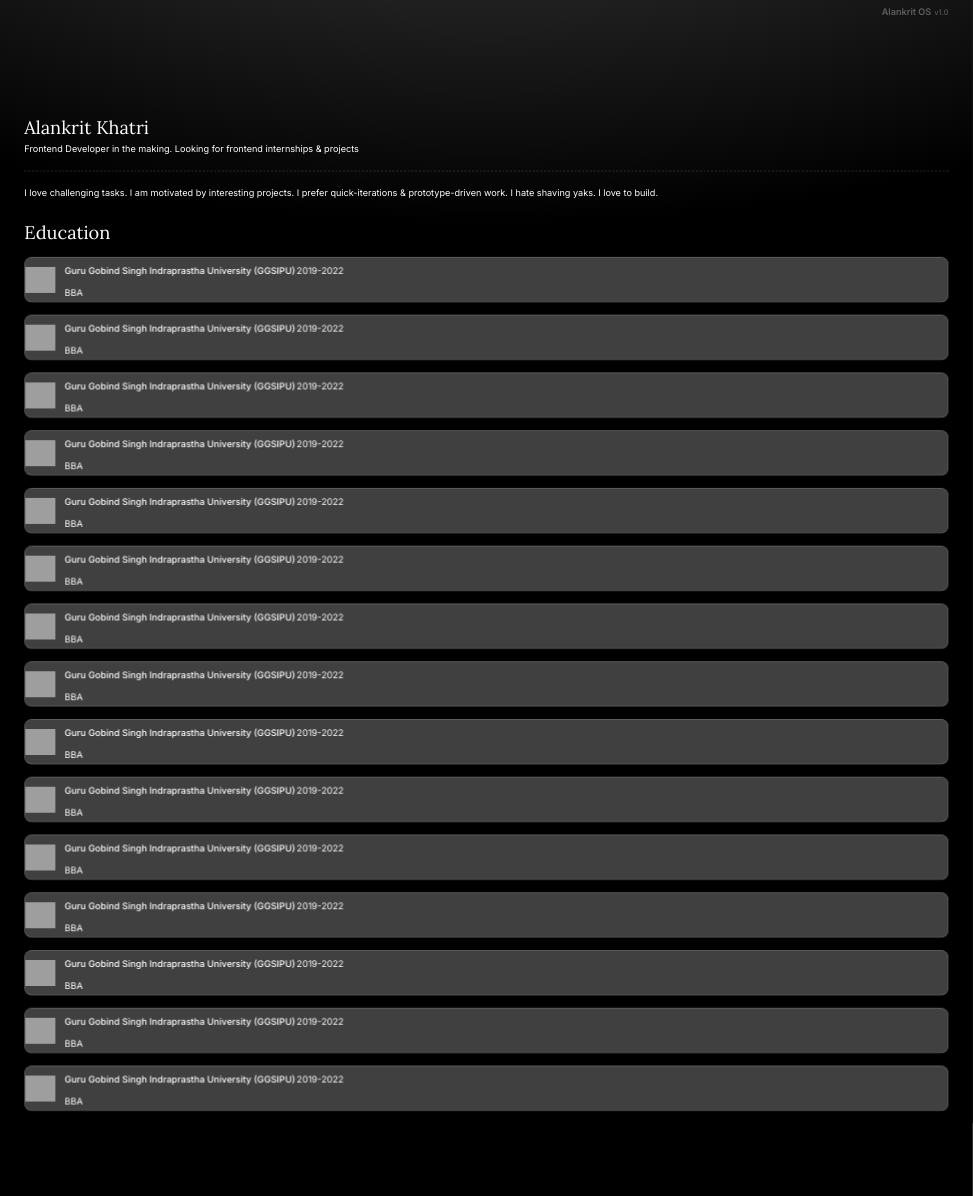
Repository: alankritkhatri/alankrit.xyz
Page: /
The author's editor kept a copy of each file at every save. The page is drawn from the files as they stood at one save, then again after the next save.
The browser window is 1280 px wide. The pictures show the whole page, at 76% of full size.
Pictures or frames that could not be fetched are drawn as grey boxes. The project was rebuilt for these pictures with package versions that can differ from the ones it lists, and the page was loaded fresh each time. Also part of the build but not shown: vite.config.js, src/blog.jsx.

Above is the page before, as saved 2024-08-11 21:13:07.

### index.html
<!DOCTYPE html>
<html lang="en">
  <head>
    <meta charset="UTF-8" />

    <link rel="icon" type="image/svg+xml" href="/vite.svg" />
    <link rel="preconnect" href="https://fonts.googleapis.com" />
    <link rel="preconnect" href="https://fonts.gstatic.com" crossorigin />
    <link
      href="https://fonts.googleapis.com/css2?family=Inter:wght@100..900&display=swap"
      rel="stylesheet"
    />

    <link
      href="https://fonts.googleapis.com/css2?family=Lora:ital,wght@0,400..700;1,400..700&display=swap"
      rel="stylesheet"
    />
    <!-- Linkedin link -->
    <script
      src="https://platform.linkedin.com/badges/js/profile.js"
      async
      defer
      type="text/javascript"
    ></script>
<meta name="viewport" content="width=device-width, initial-scale=1.0">
    <title>AlankritOS</title>
  </head>
  <body>
    <div id="root"></div>
    <script type="module" src="/src/main.jsx"></script>
  </body>
</html>

### src/App.jsx
import "./App.css";
import { BrowserRouter as Router, Routes, Route, Link } from "react-router-dom";
import Blog from "./blog";
import Home from "./pages/Home/Home";
const App = () => {
  return (
    <div className="main">
      <Router>
        <Link to="/">
          <div className="logo">
            <h1>Alankrit OS</h1>
            <span>v1.0</span>
          </div>
        </Link>
        <Routes>
          <Route path="/" element={<Home />} />
          <Route path="blog" element={<Blog />} />
        </Routes>
      </Router>
    </div>
  );
};

export default App;

### src/App.css
* {
  margin: 0px;
  padding: 0px;
  box-sizing: border-box;
  font-family: Inter, Haettenschweiler, "Arial Narrow Bold", sans-serif;
}

body,html{
  min-height: 100vh;
background: radial-gradient(100% 40% at 50% -20%, #404040, #000000)
}
.main {



  h1 {
    line-height: 32px;
  }
  h2 {
    line-height: 24px;
  }
  h3 {
    line-height: 16px;
  }
  p {
    line-height: 24px;
  }
  color: white;

  padding: 0px 32px;
  a {
    text-decoration: none;
  }
  .logo {
    color: rgba(126, 121, 121, 0.726);
    display: flex;
    align-items: center;
    justify-content: flex-end;
    gap: 4px;

    font-family: monospace;
    animation: flicker 2s infinite;
    h1 {
      font-size: 12px;
      font-weight: 600;
    }
    span {
      font-size: 10px;
      font-weight: 400;
    }
  }
}
/* logo flickr animation */
@keyframes flicker {
  0% {
    opacity: 0;
  }
  9% {
    opacity: 0;
  }
  10% {
    opacity: 0.5;
  }
  13% {
    opacity: 0;
  }
  20% {
    opacity: 0.5;
  }
  25% {
    opacity: 1;
  }
}

### src/pages/Home/Home.jsx
import Infosection from "../../components/Info-Section/Infosection.jsx";
import "./Home.css";
import data from "../../alankrit_data/data.json";
const Home = () => {
  return (
    <div className="home">
      <div
        className="badge-base LI-profile-badge"
        data-locale="en_US"
        data-size="medium"
        data-theme="dark"
        data-type="VERTICAL"
        data-vanity="alankrit-khatri"
        data-version="v1"
      >
        {" "}
        </div>

      <div className="about-section">
        <h1 className="name">Alankrit Khatri</h1>
        <p>
          Frontend Developer in the making. Looking for frontend internships &
          projects
        </p>
        <div className="dashed-line"></div>
        <p>
          I love challenging tasks. I am motivated by interesting projects. I
          prefer quick-iterations & prototype-driven work. I hate shaving yaks.
          I love to build.
        </p>
      </div>
      <div className="education-section">
        <h1>Education</h1>
        <Infosection {...data} />
        <Infosection {...data} />
        <Infosection {...data} />
        <Infosection {...data} />
        <Infosection {...data} />
        <Infosection {...data} />
        <Infosection {...data} />
        <Infosection {...data} />
        <Infosection {...data} />
        <Infosection {...data} />
        <Infosection {...data} />
        <Infosection {...data} />
        <Infosection {...data} />
        <Infosection {...data} />
        <Infosection {...data} />



        {console.log(data)}
      </div>
    </div>
  );
};

export default Home;

### src/components/Info-Section/Infosection.jsx
import "./infoSection.css";
const Infosection = (props) => {
  return (
    <>
      <div className="infosection-details">
        <img
          src={props[0].educationDetails.bachelors.logo}
          alt=""
          style={{ width: "40px", height: "35px" }}
        />
        <div className=" infosection-info">
          <div className="infosection-info-top ">
            <h2 style={{ opacity: "1", fontWeight: "500" }}>
              {props[0].educationDetails.bachelors.schoolName}
            </h2>
            <div className="dashed-line"></div>
            <h2> {props[0].educationDetails.bachelors.schoolYears} </h2>
          </div>

          <div className="infosection-info-bottom">
            <h2> {props[0].educationDetails.bachelors.course}</h2>
          </div>
        </div>
      </div>
    </>
  );
};

export default Infosection;

### src/pages/Home/Home.css
.home {
  margin: 96px 0px;
  display: flex;
  flex-direction: column;
  gap: 24px;
  /* dashed line  */
  .dashed-line {
    margin: 16px 0px;
    opacity: 0.1;
    border-width: 1px;
    border-style: dashed;
    color: rgb(255 255 255);
  }
  .hide {
    display: none;
  }
  h1 {
    font-family: "Lora", serif;
    font-size: 24px;
    font-weight: 400;
  }
  h2 {
    font-size: 12px;
    font-style: normal;
    font-weight: 400;
  }
  h3 {
    font-size: 10px;
    font-style: normal;
    font-weight: 300;
  }
  p {
    font-size: 12px;
  }
  .about-section {
    display: flex;
    flex-direction: column;
    .name {
      line-height: 32px;
    }
  }
}

### src/alankrit_data/data.json
[
  {
    "educationDetails": {
      "className": "education-details",
      "bachelors": {
        "schoolName": "Guru Gobind Singh Indraprastha University (GGSIPU)",
        "schoolYears": "2019-2022",
        "course": "BBA",
        "logo": "https://encrypted-tbn0.gstatic.com/images?q=tbn:ANd9GcRM9GNTFenU_T9caTwA63o86iaVHMnf9eeEPw&s"
      },
      "masters": {
        "schoolName": "Guru Gobind Singh Indraprastha University (GGSIPU)",
        "schoolYears": "2019-2022",
        "logo": "https://encrypted-tbn0.gstatic.com/images?q=tbn:ANd9GcRM9GNTFenU_T9caTwA63o86iaVHMnf9eeEPw&s"
      }
    }
  }
]

### src/components/Info-Section/infoSection.css
.infosection-details {
  background: rgba(255, 255, 255, 0.25);
  -webkit-backdrop-filter: blur(4px);
  border-radius: 10px;
  border: 1px solid rgba(255, 255, 255, 0.18);
  backdrop-filter: blur(10px);
  backdrop-filter: saturate(180%) blur(10px);
  display: flex;
  align-items: center;
  gap: 12px;
  margin: 16px 0px;

  .infosection {
    width: 100%;
    min-width: 80%;
    * {
      line-height: 16px;
    }
    h3 {
      letter-spacing: -0.26px;
      opacity: 0.5;
    }
    h2 {
      opacity: 0.5;
    }
  }
  .infosection-info-top {
    display: flex;
    justify-content: space-between;
    align-items: center;
  }
}

Loaded but not shown: src/main.jsx (common file)

After the next save:
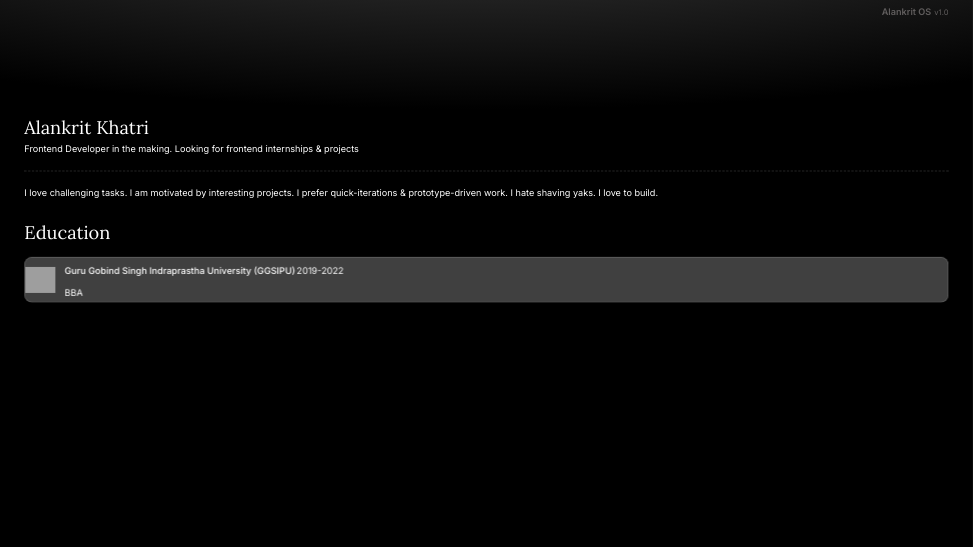
Saved 55 s later.
--- a/src/pages/Home/Home.jsx
+++ b/src/pages/Home/Home.jsx
@@ -32,20 +32,7 @@ const Home = () => {
       <div className="education-section">
         <h1>Education</h1>
         <Infosection {...data} />
-        <Infosection {...data} />
-        <Infosection {...data} />
-        <Infosection {...data} />
-        <Infosection {...data} />
-        <Infosection {...data} />
-        <Infosection {...data} />
-        <Infosection {...data} />
-        <Infosection {...data} />
-        <Infosection {...data} />
-        <Infosection {...data} />
-        <Infosection {...data} />
-        <Infosection {...data} />
-        <Infosection {...data} />
-        <Infosection {...data} />
+
 
 
 
